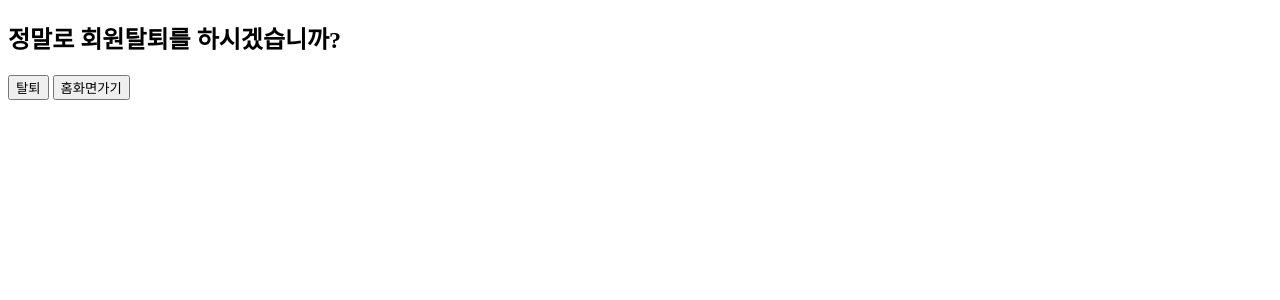
Repository: Yundanbi/Kyobo
Page: http://localhost/kyobo/member/deactvation.jsp
An editor plug-in stored every save of this project. The page is shown before and after the next save, followed by the edit.
The browser window is 1280 px wide. The pictures show the whole page.
The page is served by Tomcat 9.

Above is the page before, as saved 2025-06-17 03:50:06.

After the next save:
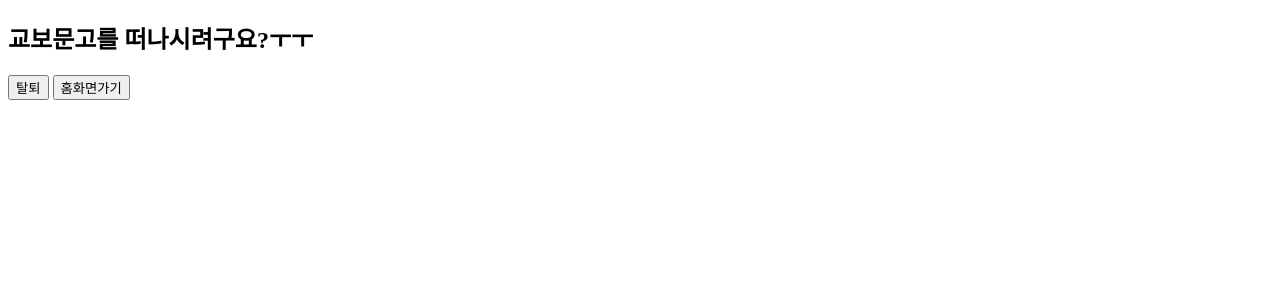
Saved 34 s later.
--- a/kyobo/src/main/webapp/member/deactvation.jsp
+++ b/kyobo/src/main/webapp/member/deactvation.jsp
@@ -8,7 +8,7 @@
 </head>
 <body>
 <form method="get" action="delete.do">
-<h2>정말로 회원탈퇴를 하시겠습니까?</h2>
+<h2>교보문고를 떠나시려구요?ㅜㅜ</h2>
 <input type="submit" value="탈퇴">
 <input type="button" value="홈화면가기" onclick="location.href='/kyobo/index.jsp'">
 </form>
